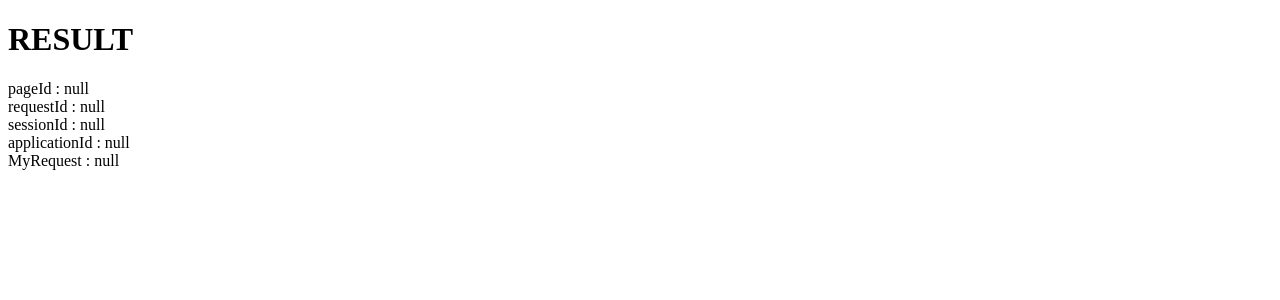
Repository: december-moon/WEB
Page: http://localhost/Jsp06_Scope/scope.do
These files come from the project's save history. The page is drawn as it stood at one moment and after the next save; the edit follows.
The browser window is 1280 px wide. The pictures show the whole page.
The page is served by Tomcat 9.

Above is the page before, as saved 2021-02-24 01:10:57.

### Jsp06_Scope/WebContent/result.jsp
<%@ page language="java" contentType="text/html; charset=UTF-8"
    pageEncoding="UTF-8"%>
    <% request.setCharacterEncoding("UTF-8");
    response.setContentType("text/html; charset=UTF-8");%>
<!DOCTYPE html>
<html>
<head>
<meta charset="UTF-8">
<title>Insert title here</title>
</head>
<body>

	<h1>RESULT</h1>

	pageId : <%=pageContext.getAttribute("pageId") %><br/>
	requestId : <%=request.getAttribute("requestId") %><br/>
	sessionId : <%=session.getAttribute("sessionId") %><br/>
	applicationId : <%=application.getAttribute("applicationId") %><br/>
	MyRequest : <%=request.getAttribute("myRequest") %><br/>

</body>
</html>

### Jsp06_Scope/src/com/scope/controller/ScopeController.java
package com.scope.controller;

import java.io.IOException;
import java.io.PrintWriter;

import javax.servlet.RequestDispatcher;
import javax.servlet.ServletContext;
import javax.servlet.ServletException;
import javax.servlet.annotation.WebServlet;
import javax.servlet.http.HttpServlet;
import javax.servlet.http.HttpServletRequest;
import javax.servlet.http.HttpServletResponse;
import javax.servlet.http.HttpSession;

@WebServlet("/ScopeController")
public class ScopeController extends HttpServlet {
	private static final long serialVersionUID = 1L;

    public ScopeController() {
    }

	protected void doGet(HttpServletRequest request, HttpServletResponse response) throws ServletException, IOException {
		request.setCharacterEncoding("UTF-8");
		response.setContentType("text/html; charset=UTF-8");

		String requestId = request.getAttribute("requestId")+"";

		HttpSession session = request.getSession();
		String sessionId = session.getAttribute("sessionId")+"";

		ServletContext application = getServletContext();
		String applicationId = application.getAttribute("applicationId")+"";

		System.out.println("requestId : "+requestId);
		System.out.println("sessionId : "+sessionId);
		System.out.println("applicationId : "+applicationId);

		String myRequest = request.getParameter("myRequest");
		System.out.println("myRequest : "+myRequest);

		PrintWriter out = response.getWriter();
		String html = "<h1>응답</h1>"
					+ "<table border='1'>"
						+ "<tr>"
							+ "<th>request</th>"
//							+ "<td>"+requestId+"</td>"
							+ "<td>"+myRequest+"</td>"
						+"</tr>"
						+"<tr>"
							+"<th>session</th>"
							+"<td>"+sessionId+"</td>"
						+"</tr>"
						+"<tr>"
							+"<th>application</th>"
							+ "<td>" + applicationId+"</td>"
						+"</tr>"
					+ "</table>";
		out.println(html);

		String test=request.getParameter("mytest");
		System.out.println("test: " + test);

		//request와 response를 전달
		RequestDispatcher dispatch = request.getRequestDispatcher("result.jsp");
		dispatch.forward(request, response);
	}

	protected void doPost(HttpServletRequest request, HttpServletResponse response) throws ServletException, IOException {
		doGet(request, response);
	}

}

After the next save:
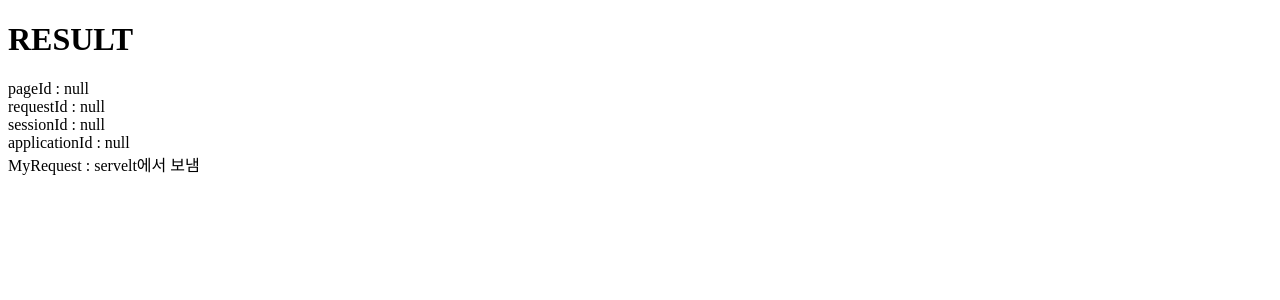
Saved 5 min 46 s later.
--- a/Jsp06_Scope/src/com/scope/controller/ScopeController.java
+++ b/Jsp06_Scope/src/com/scope/controller/ScopeController.java
@@ -60,6 +60,7 @@ public class ScopeController extends HttpServlet {
 		String test=request.getParameter("mytest");
 		System.out.println("test: " + test);
 
+		request.setAttribute("myRequest", "servelt에서 보냄");
 		//request와 response를 전달
 		RequestDispatcher dispatch = request.getRequestDispatcher("result.jsp");
 		dispatch.forward(request, response);
